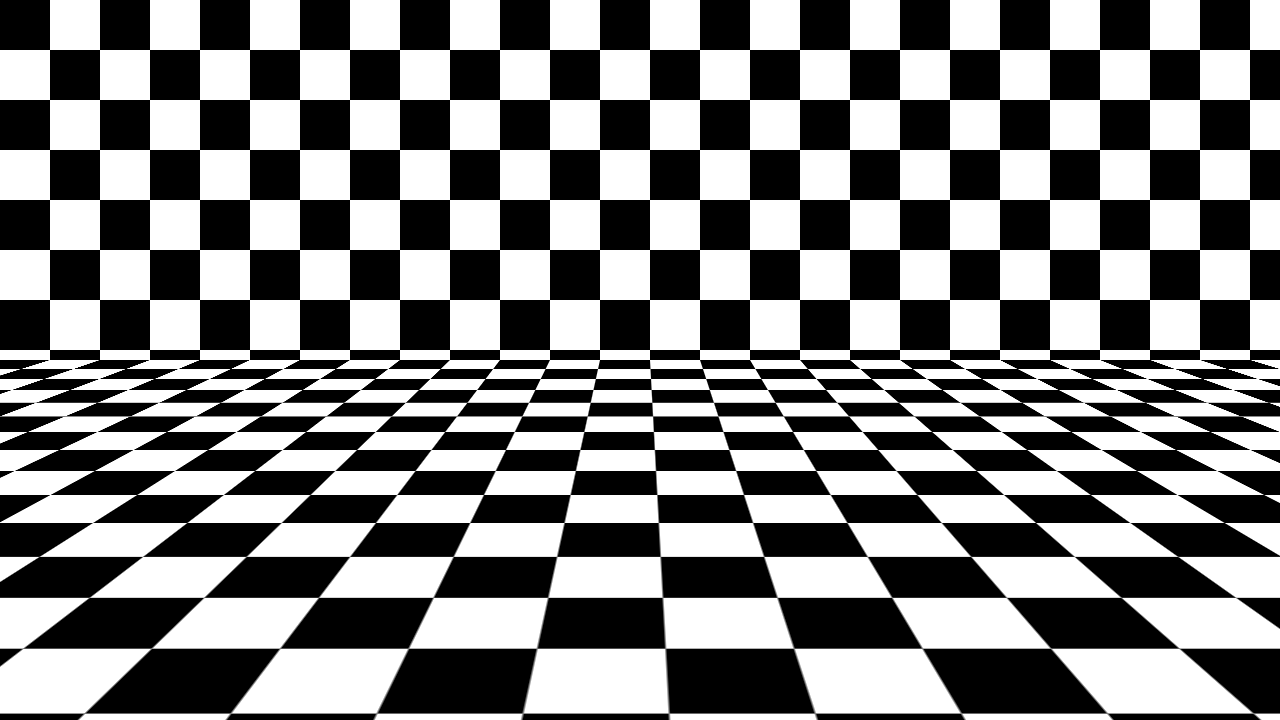
Repository: atwesson/portfoilo
Page: index.html
An editor plug-in stored every save of this project. The page is shown before and after the next save, followed by the edit.
The browser window is 1280 px wide. The pictures show the whole page.

Above is the page before, as saved 2021-11-17 10:20:32.

After the next save:
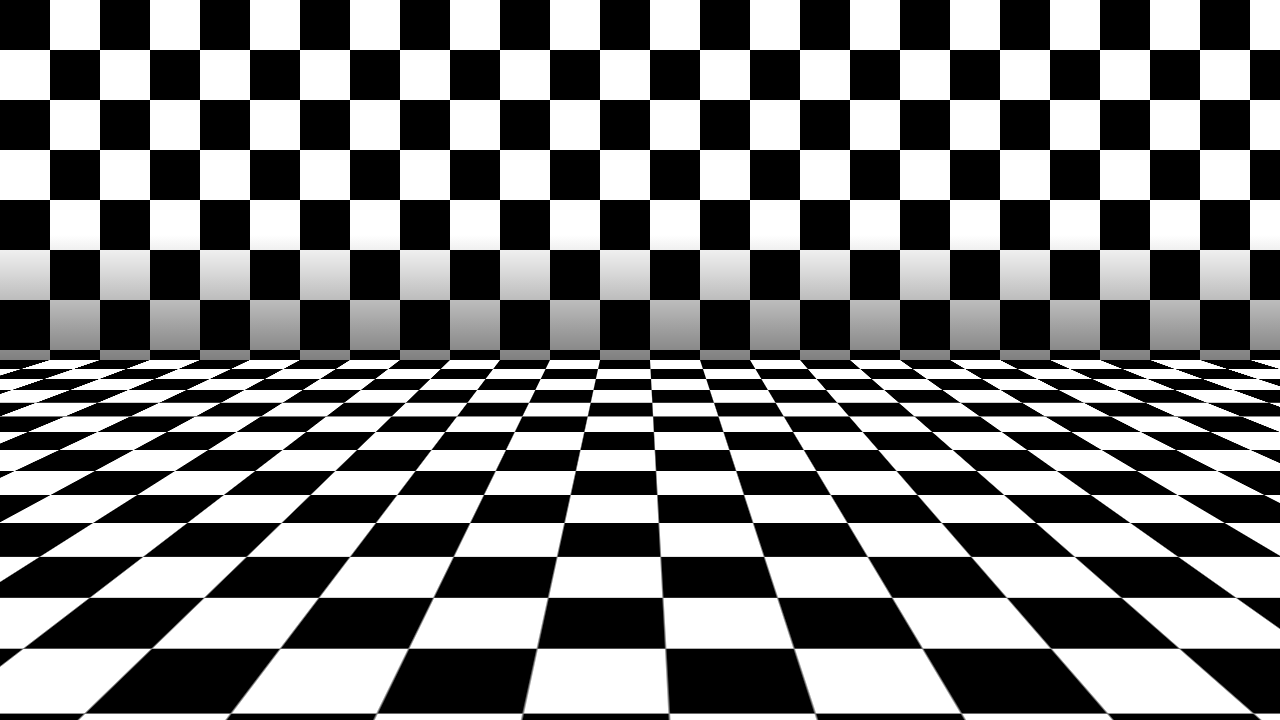
Saved 6 s later.
--- a/style.css
+++ b/style.css
@@ -40,5 +40,5 @@ section{
     height: 125px;
     width: 100%;
     height: 125px;
-    background: linear-gradient(0deg,rgba(0,0,0,0.5), tran);
+    background: linear-gradient(0deg,rgba(0,0,0,0.5), transparent);
 }
